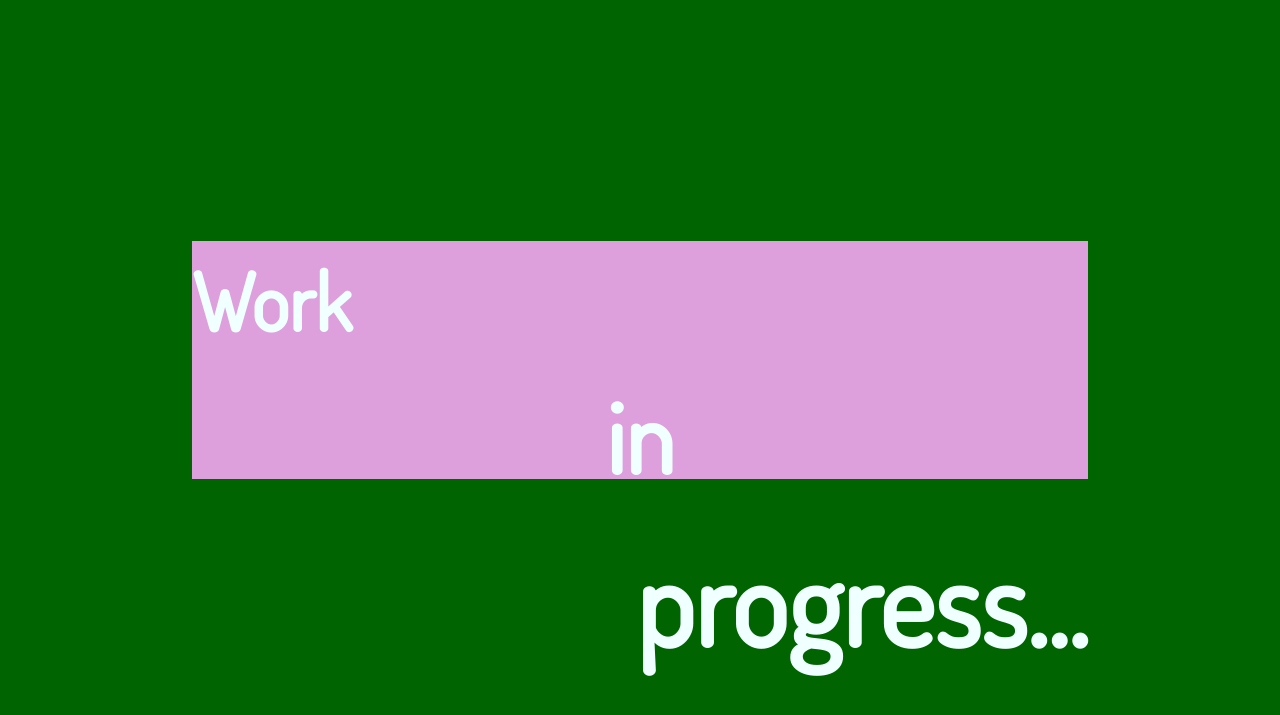
Repository: NollieChtn6/NollieChtn6.github.io
Page: index.html
These files come from the project's save history. The page is drawn as it stood at one moment and after the next save; the edit follows.
The browser window is 1280 px wide. The pictures show the whole page.

Above is the page before, as saved 2023-11-10 18:20:13.

After the next save:
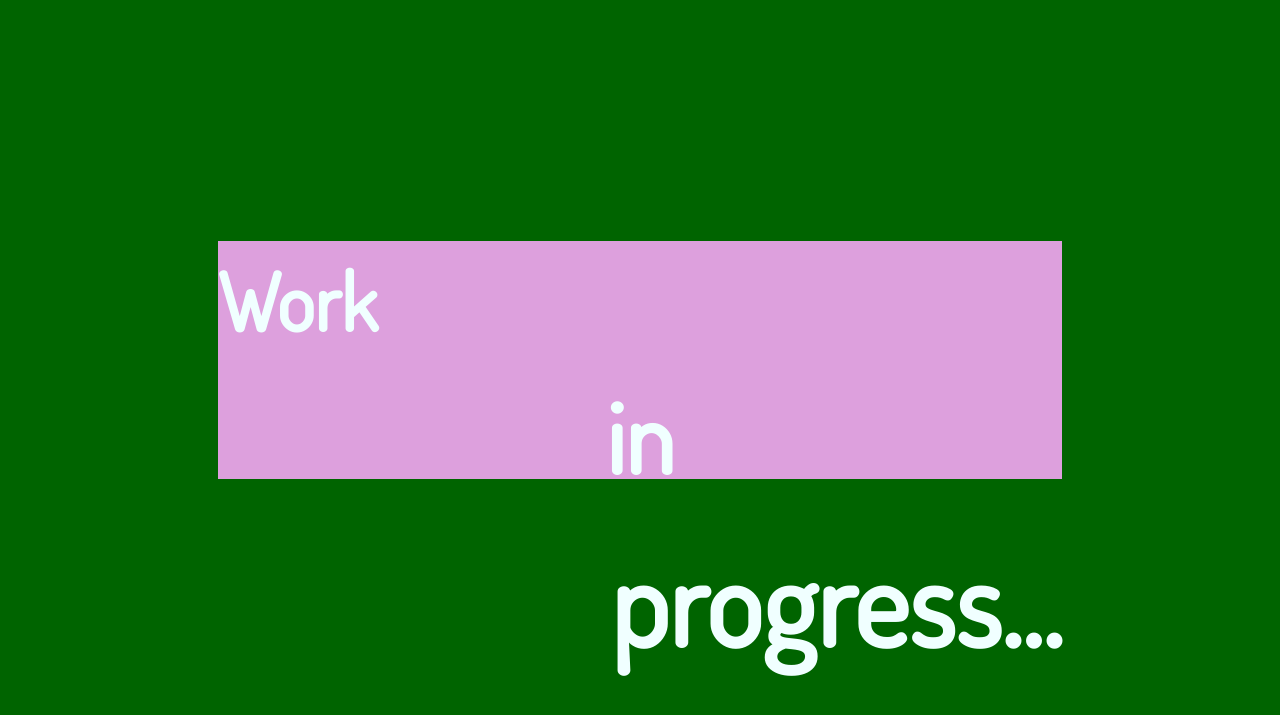
Saved 12 s later.
--- a/css/style.css
+++ b/css/style.css
@@ -55,7 +55,7 @@ h1 {
 h1 {
   display: flex;
   flex-direction: column;
-  width: 70vw;
+  width: 66vw;
   height: 33vh;
   margin: auto;
   font-size: 8rem;
